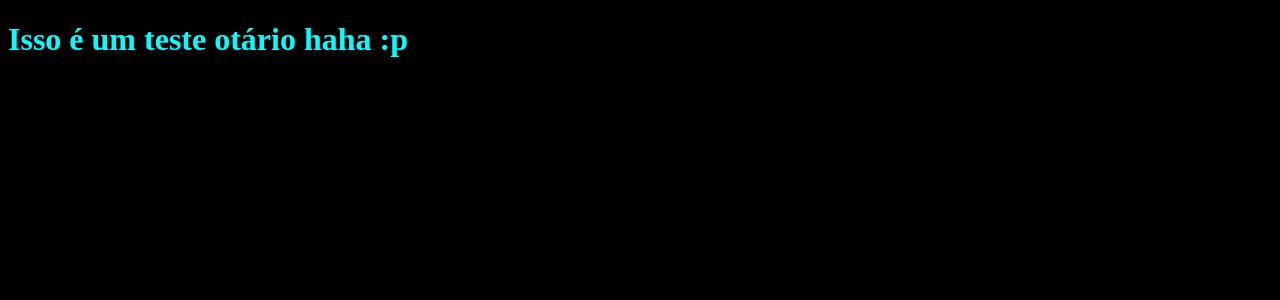
Repository: Leonngc/html-css
Page: ex024/pag002.html
These files come from the project's save history. The page is drawn as it stood at one moment and after the next save; the edit follows.
The browser window is 1280 px wide. The pictures show the whole page.

Above is the page before, as saved 2022-11-15 18:38:29.

### ex024/pag002.html
<!DOCTYPE html>
<html lang="pt-br">
<head>
    <meta charset="UTF-8">
    <meta http-equiv="X-UA-Compatible" content="IE=edge">
    <meta name="viewport" content="width=device-width, initial-scale=1.0">
    <title>Site de teste</title>
    <style>
        body{
            background-color: rgb(0, 0, 0);
            color: aqua;
        }
    </style>
</head>
<body>
    <h1>Isso é um teste otário haha :p</h1>
</body>
</html>

After the next save:
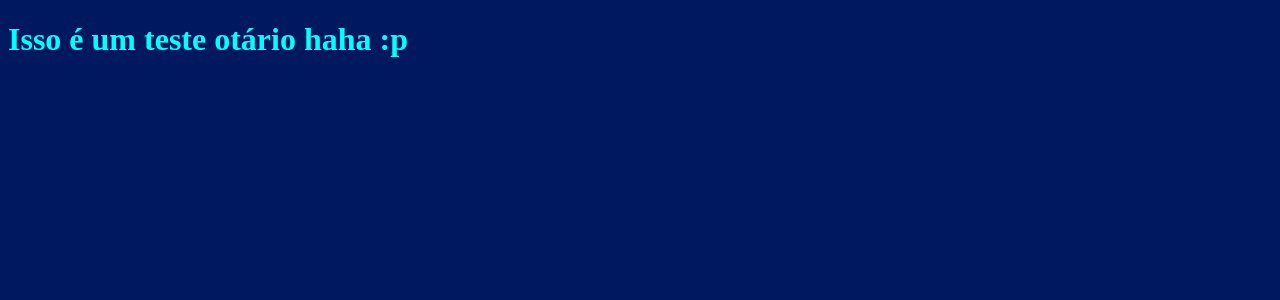
Saved 5 s later.
--- a/ex024/pag002.html
+++ b/ex024/pag002.html
@@ -7,7 +7,7 @@
     <title>Site de teste</title>
     <style>
         body{
-            background-color: rgb(0, 0, 0);
+            background-color: rgb(0, 24, 96);
             color: aqua;
         }
     </style>
